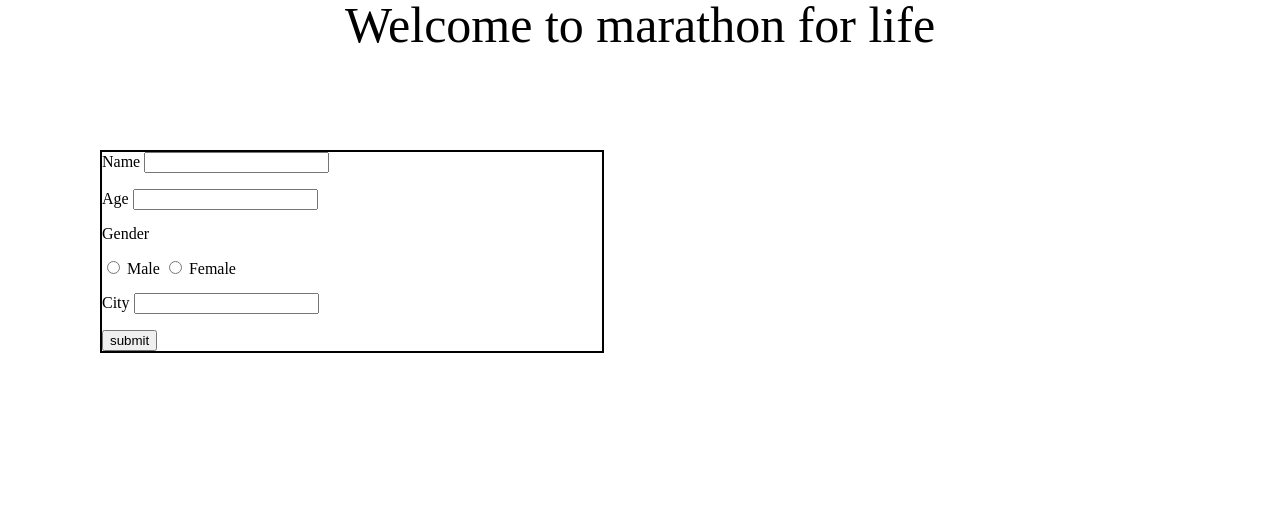
Repository: Razan-am/exam-practice
Page: marathon.html
The author's editor kept a copy of each file at every save. The page is drawn from the files as they stood at one save, then again after a run of saves.
The browser window is 1280 px wide. The pictures show the whole page.

Above is the page before, as saved 2021-05-31 17:04:24.

### marathon.html
<!DOCTYPE html>
<html lang="en">
<head>
    <meta charset="UTF-8">
    <meta http-equiv="X-UA-Compatible" content="IE=edge">
    <meta name="viewport" content="width=device-width, initial-scale=1.0">
    <title>marathon</title>
    <link rel="stylesheet" href="css/reset.css">
    <link rel="stylesheet" href="css/style.css">
</head>
<body>
    <header>
        <h1>Welcome to marathon for life</h1>
    </header>
    <main>
        <form action="" id="myForm">
            <fieldset>
            <label for="name">Name</label>
            <input type="text" id="name" name="name">
            <br/> <br/>
            <label for="age">Age</label>
            <input type="number" id="age" name="age">
            <br/><br/>
            <label for="">Gender</label>
            <br/><br/>
            <input type="radio" id="male" name="gender" value="male">
            <label for="gender">Male</label>
            <!-- <br/><br/> -->
            <input type="radio" id="female" name="gender" value="female">
            <label for="gender">Female</label>
            <br/><br/>
            <label for="city">City</label>
            <input type="text" id="city" name="city">
            <br/><br/>
            <input type="submit" value="submit">
        </fieldset>
        </form>
        <div>
            <table id="myTable"></table>
        </div>
        <div id="countainer"></div>
    </main>
    <footer></footer>
    <script src="js/marathon.js"></script>
</body>
</html>

### css/style.css
h1{
    text-align: center;
    font-size: 50px;
    margin-bottom: 100px;
}

form{
    margin-left: 100px;
    margin-bottom: 100px;

}
fieldset{
    display: inline-block;
    border: 2px solid black;
    width: 500px;
}

table {
    margin-left: 250px;
    border: 1px solid black;
}
th{
    padding-left: 20px;
    border: 1px solid black;

}
td{
    padding-left: 20px;
    border: 1px solid black;

}

### js/marathon.js
'use strict';

let myForm = document.getElementById('myForm');
let myTable = document.getElementById('myTable');
let countainer = document.getElementById('countainer');



let mainArr = [];
function Marathon (name,age,gender,city){
    this.name = name;
    this.age = age;
    this.gender = gender;
    this.city = city;
    this.img=`images/${gender}-icon.png`;
    mainArr.push(this);
}
console.log(mainArr);
console.log(mainArr.img);

function randomNumber(min,max) {
    return Math.floor(Math.random() * (max - min + 1)) + min;
}

myForm.addEventListener('submit',handleSubmit);
function handleSubmit(event) {
    event.preventDefault();

    let name = event.target.name.value;
    let age = event.target.age.value;
    let gender = event.target.gender.value;
    console.log(gender);
    let city = event.target.city.value;

    new Marathon (name,age,gender,city);
    setting();
    render();
}

let headerData = ['Name','Age','Gender','City','Participant Number'];
let tableHeader = document.createElement('tr');
myTable.appendChild(tableHeader);
function render (){
    let tableBody = document.createElement('tr');
    myTable.appendChild(tableBody);
    countainer.textContent='';
    for (let index = 0; index < mainArr.length; index++) {

        tableBody.textContent = '';

        let td1 = document.createElement('td');
        tableBody.appendChild(td1);
        td1.textContent=`${mainArr[index].name}`

        let td2 = document.createElement('td');
        tableBody.appendChild(td2);
        td2.textContent=`${mainArr[index].age}`

        let td3 = document.createElement('td');
        tableBody.appendChild(td3);
        td3.textContent=`${mainArr[index].gender}`

        let td4 = document.createElement('td');
        tableBody.appendChild(td4);
        td4.textContent=`${mainArr[index].city}`;


        let td5 = document.createElement('td');
        tableBody.appendChild(td5);
        td5.textContent = `${randomNumber(1,50)}`;


        let imgEl = document.createElement('img');
        countainer.appendChild(imgEl);
        imgEl.setAttribute('src',`${mainArr[index].img}`);
    }

}

function setting (){
    let data = JSON.stringify(mainArr);
    localStorage.setItem('information',data);
}

function getting (){
    let stringObj = localStorage.getItem('information');
    let normalObj = JSON.parse(stringObj);

    if (normalObj !== null){
        mainArr = normalObj;
    }
    render();
}
getting ();

Loaded but not shown: css/reset.css (common file)

After the next 2 saves:
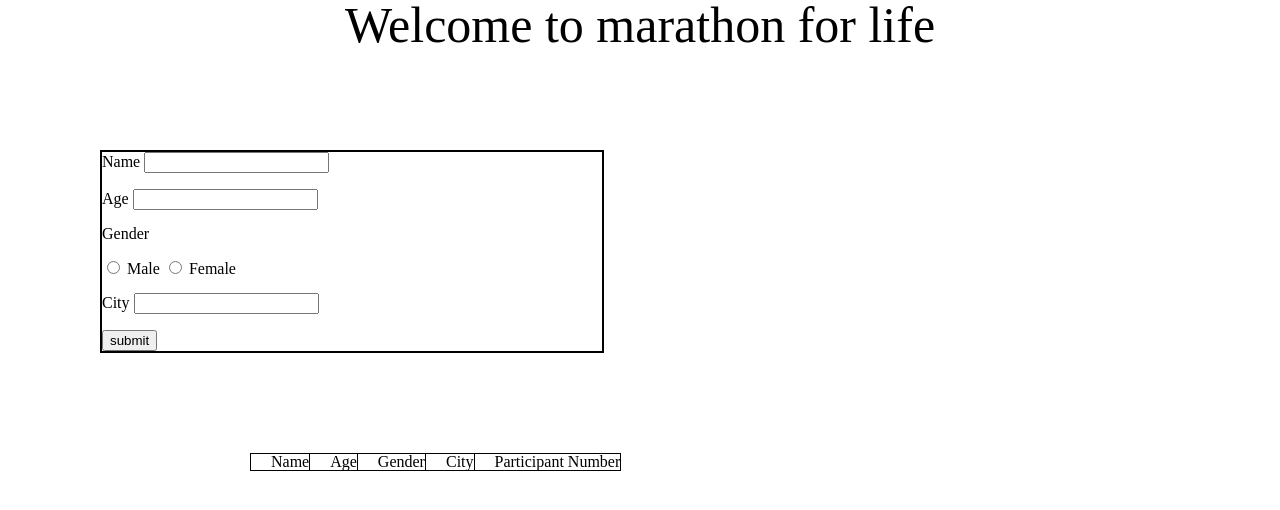
The 2 saves are shown as one change because they came seconds apart.
The last was saved 5 s later.
--- a/js/marathon.js
+++ b/js/marathon.js
@@ -44,6 +44,13 @@
     let tableBody = document.createElement('tr');
     myTable.appendChild(tableBody);
     countainer.textContent='';
+
+    tableHeader.textContent = '';
+    for (let index = 0;  index< headerData.length; index++) {
+        let theader = document.createElement ('th');
+        tableHeader.appendChild(theader);
+        theader.textContent=`${headerData[index]}`;
+    }
     for (let index = 0; index < mainArr.length; index++) {
 
         tableBody.textContent = '';

After the 5 saves that followed:
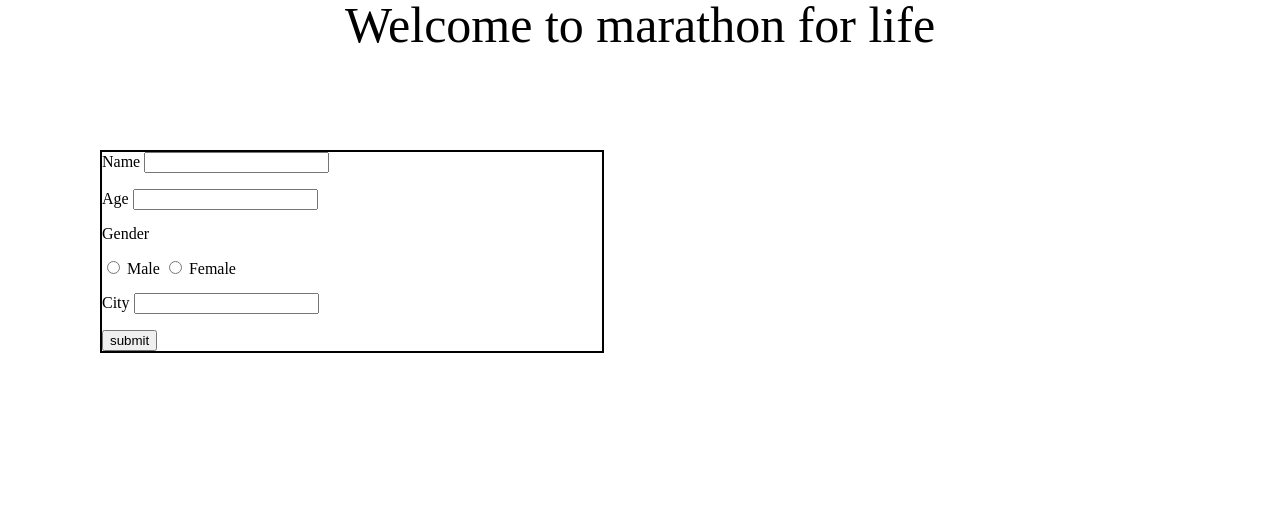
The 5 saves are shown as one change because 3 left the picture as it was and some came seconds apart.
The last was saved 6 min 15 s later.
--- a/js/marathon.js
+++ b/js/marathon.js
@@ -43,9 +43,11 @@
 function render (){
     let tableBody = document.createElement('tr');
     myTable.appendChild(tableBody);
+
     countainer.textContent='';
+    tableHeader.textContent = '';
+    tableBody.textContent = '';
 
-    tableHeader.textContent = '';
     for (let index = 0;  index< headerData.length; index++) {
         let theader = document.createElement ('th');
         tableHeader.appendChild(theader);
@@ -53,7 +55,6 @@
     }
     for (let index = 0; index < mainArr.length; index++) {
 
-        tableBody.textContent = '';
 
         let td1 = document.createElement('td');
         tableBody.appendChild(td1);
@@ -98,4 +99,4 @@
     }
     render();
 }
-getting ();
+// getting ();
